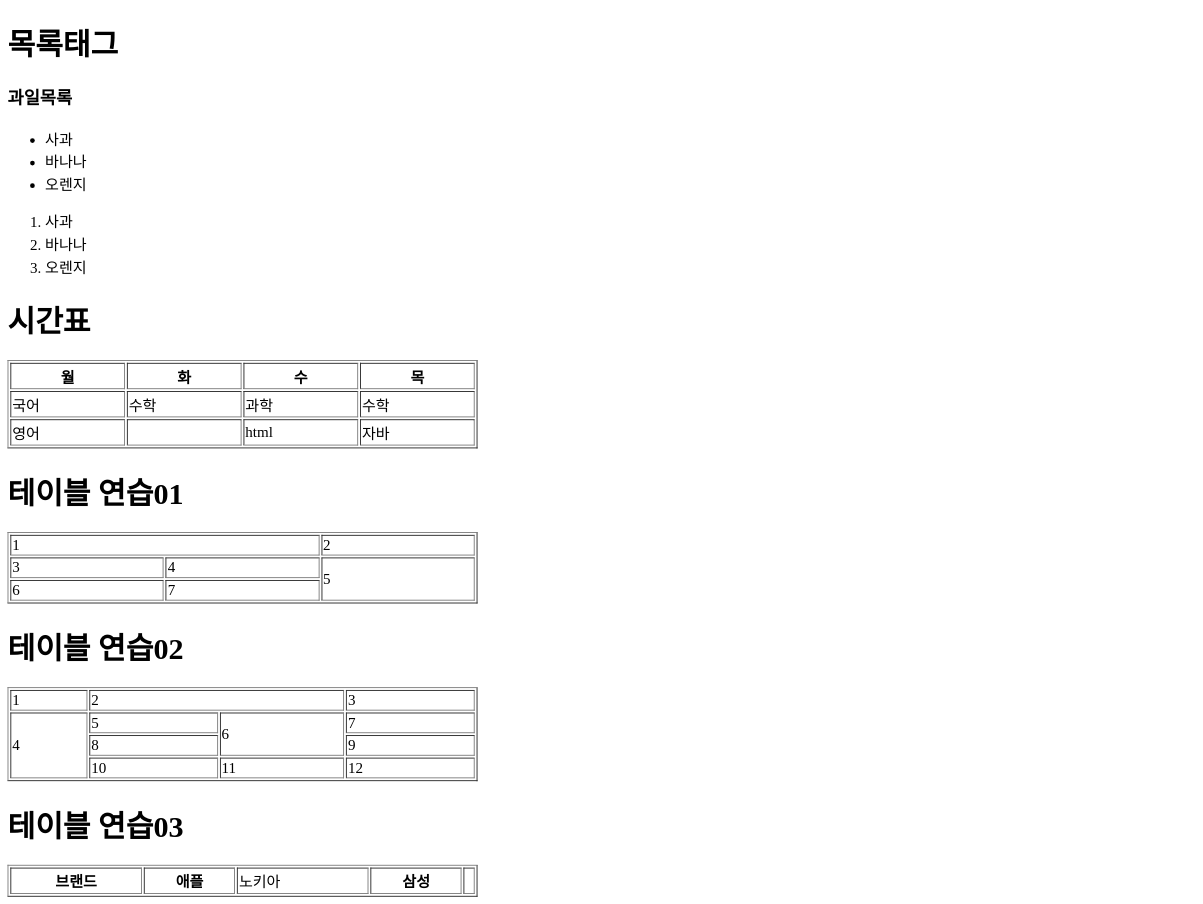
Repository: blinggg/html_git
Page: 0406/ex0406/WebContent/ex04.html
These files come from the project's save history. The page is drawn as it stood at one moment and after the next save; the edit follows.
The browser window is 1280 px wide. The pictures show the whole page, at 94% of full size.

Above is the page before, as saved 2020-04-06 05:22:23.

After the next save:
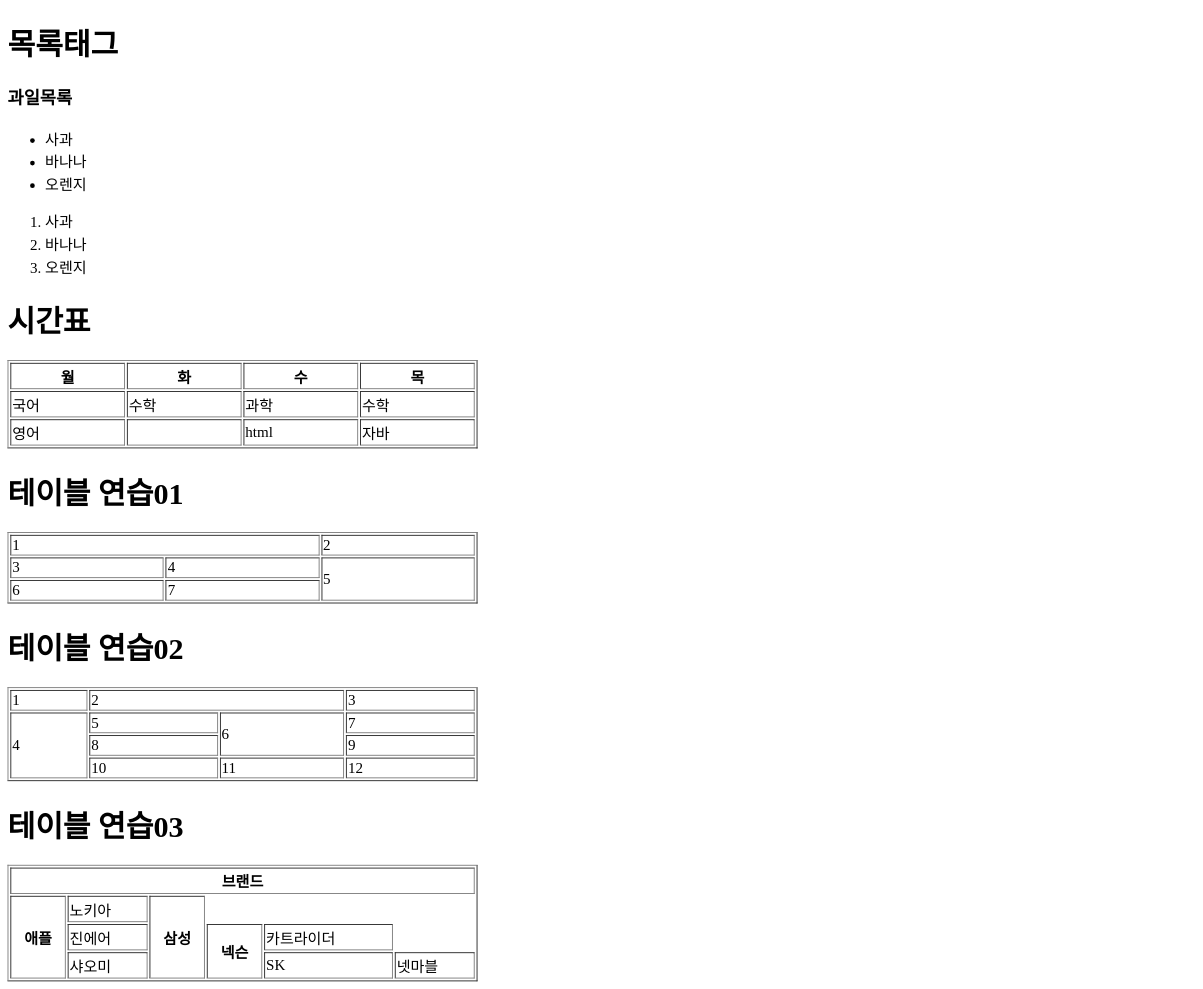
Saved 2 min 31 s later.
--- a/0406/ex0406/WebContent/ex04.html
+++ b/0406/ex0406/WebContent/ex04.html
@@ -94,10 +94,21 @@
 		<table border=1 width=500>
 		<tr>
 		<th colspan=6>브랜드</th>
+		</tr>
+
+		<tr>
 		<th rowspan=6>애플</th>
 		<td>노키아</td>
-		<th rowspan=10>삼성<th>
+		<th rowspan=10>삼성</tr>
+		<td>진에어</td>
+		<th rowspan=5>넥슨</th>
+		<td>카트라이더</td>
+		</tr>
 
+		<tr>
+		<td>샤오미</td>
+		<td>SK</td>
+		<td>넷마블</td>
 
 
 
